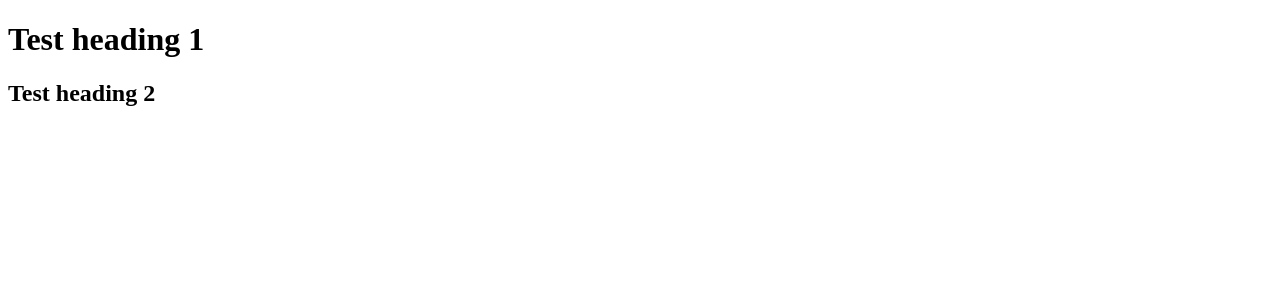
Repository: fran2708/LPPA
Page: Project 1/index.html
The author's editor kept a copy of each file at every save. The page is drawn from the files as they stood at one save, then again after the next save.
The browser window is 1280 px wide. The pictures show the whole page.

Above is the page before, as saved 2022-04-12 19:55:20.

After the next save:
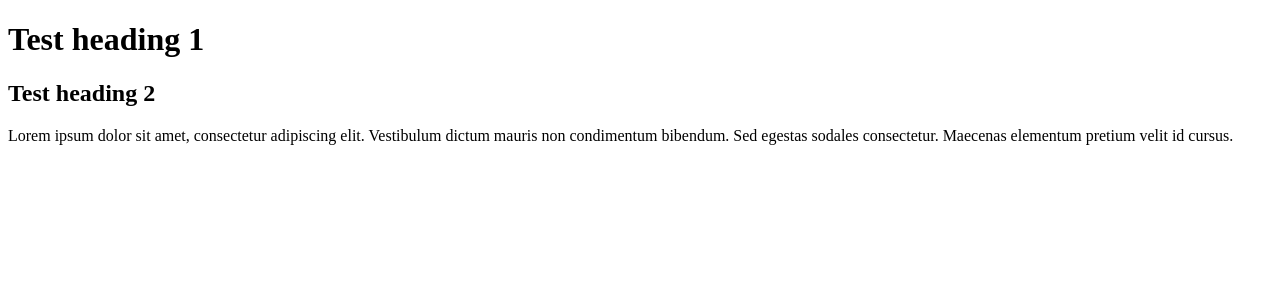
Saved 94 s later.
--- a/Project 1/index.html
+++ b/Project 1/index.html
@@ -9,5 +9,6 @@
 <body>
     <h1>Test heading 1</h1>
     <h2>Test heading 2</h2>
+    <p>Lorem ipsum dolor sit amet, consectetur adipiscing elit. Vestibulum dictum mauris non condimentum bibendum. Sed egestas sodales consectetur. Maecenas elementum pretium velit id cursus.</p>
 </body>
 </html>
